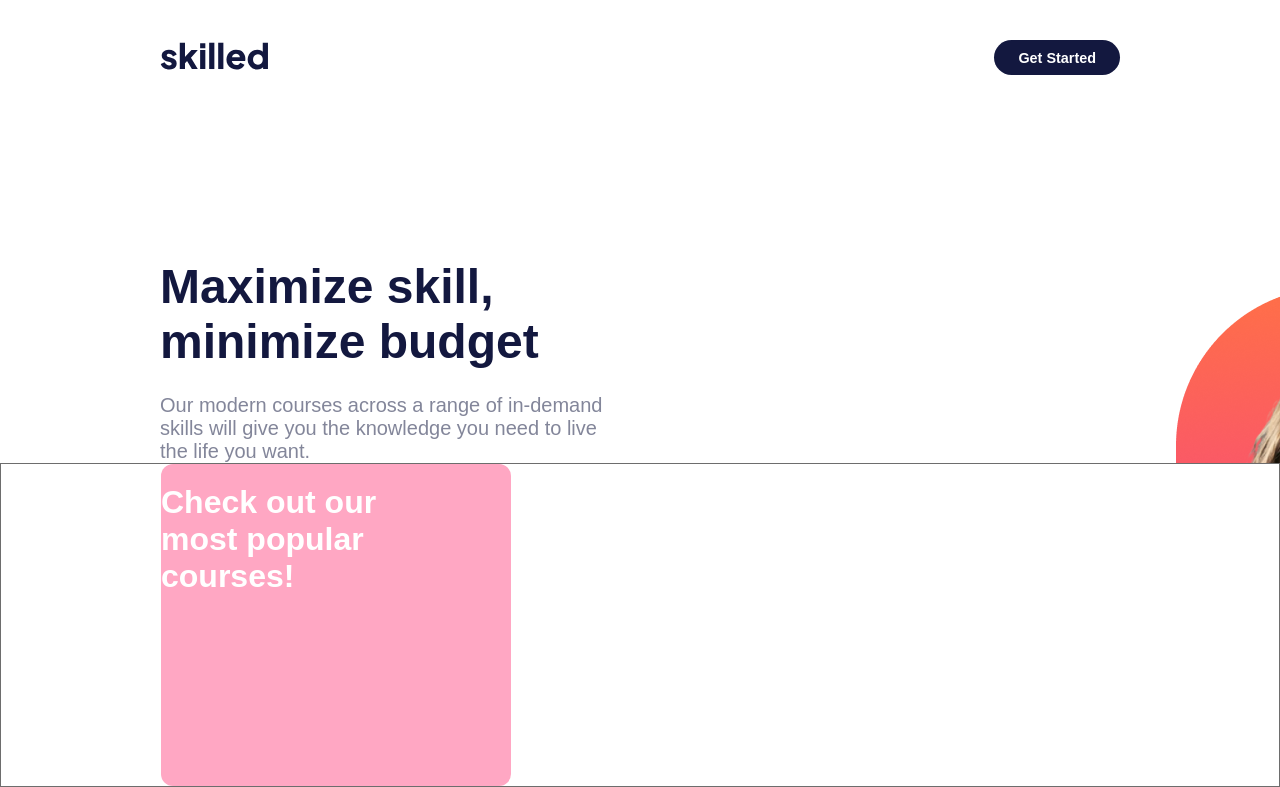
Repository: exe-walt/E-Learning-Landing-Page
Page: index.html
The author's editor kept a copy of each file at every save. The page is drawn from the files as they stood at one save, then again after a run of saves.
The browser window is 1280 px wide. The pictures show the whole page.
Some web fonts or font styles are not loaded; a fallback is used.

Above is the page before, as saved 2025-05-28 14:06:43.

After the next 4 saves:
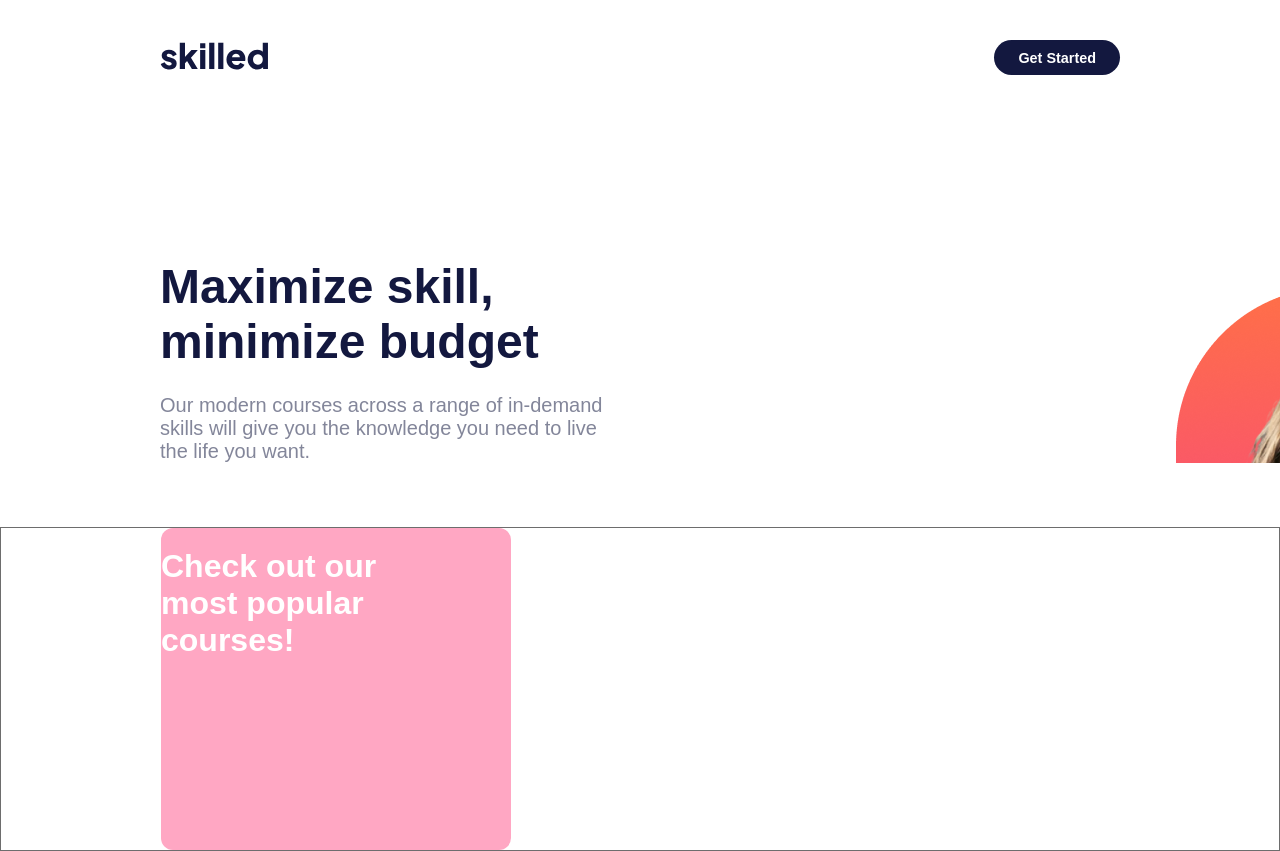
The 4 saves are shown as one change because they came seconds apart.
The last was saved 11 s later.
--- a/css/style.css
+++ b/css/style.css
@@ -90,6 +90,7 @@ body {
   height: auto;
   border: 1px solid #6d6d6d;
   padding-left: 10em;
+  margin-top: 4em;;
 }
 
 .main-left{
